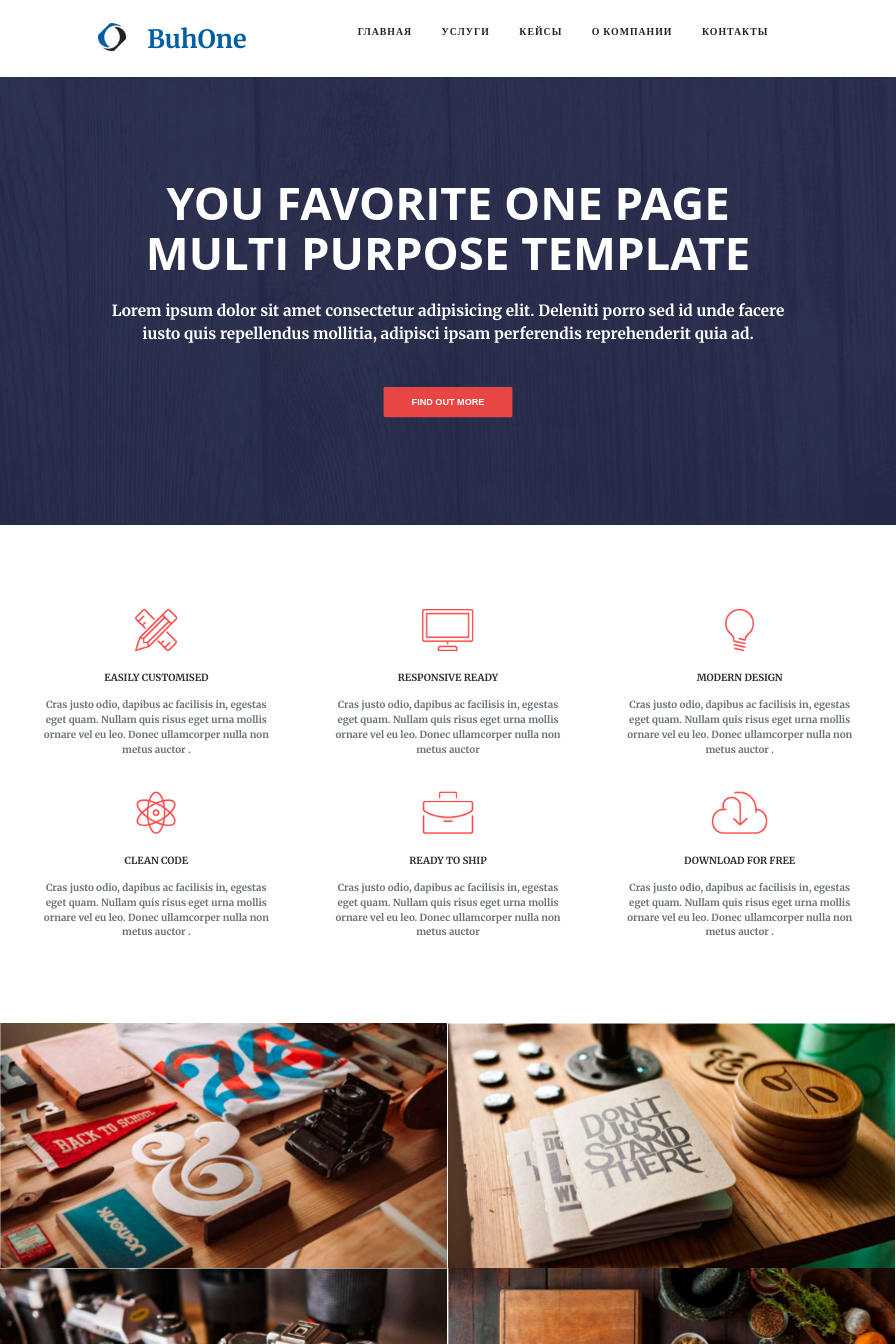
Repository: ZetsubouBilly/test
Page: index.html
The author's editor kept a copy of each file at every save. The page is drawn from the files as they stood at one save, then again after a run of saves.
The browser window is 1280 px wide. The pictures show the part of the page from y = 0 to 1920 px (the page is 4929 px tall), at 70% of full size.

Above is the page before, as saved 2023-05-13 12:30:41.

### index.html
<!DOCTYPE html>
<html lang="ru">
<head>
    <meta charset="UTF-8">
    <meta name="viewport" content="width=device-width, initial-scale=1.0, minimum-scale=1.0, maximum-scale=1.0">  <link rel="preconnect" href="https://fonts.gstatic.com">
    <link rel="preconnect" href="https://fonts.googleapis.com">
    <link rel="preconnect" href="https://fonts.gstatic.com" crossorigin>
    <link href="https://fonts.googleapis.com/css2?family=Lato:wght@300;400&family=Merriweather:wght@700;900&display=swap" rel="stylesheet">
    <link rel="stylesheet" type="text/css" href="https://cdn.jsdelivr.net/npm/slick-carousel@1.8.1/slick/slick.css"/>
    <link rel="stylesheet" href="css/style.css">

   <meta name="description" content="Описание страницы">
   <meta name="google" content="notranslate" />
   <meta name="keywords" content="создаие сайтов, верстка сайтов" />

    <title>BuhOne</title>

    <script src="https://cdnjs.cloudflare.com/ajax/libs/jquery/3.5.1/jquery.min.js"></script>

</head>
<body>



<!-- Header -->

 <header class="header" id="header">

            <div class="header__inner">
                <div class="header__inner_l">
                    <div class="header__logo">
                        <img src="img/logo.png" alt="">
                        <p class="header__logo_name">BuhOne</p>
                    </div>
                </div>


                <nav class="nav" id="nav">
                    <a class="nav__link" href="#" data-scroll="#features">Главная</a>
                    <a class="nav__link" href="#" data-scroll="#works">Услуги</a>
                    <a class="nav__link" href="#" data-scroll="#team">Кейсы</a>
                    <a class="nav__link" href="#" data-scroll="#reviews">О компании</a>
                    <a class="nav__link" href="#" data-scroll="#download">Контакты</a>
                </nav>

                <button class="burger" type="button" id="navToggle">
                    <span class="burger__item">Menu</span>
                </button>

            </div>

 </header>


 <!-- Intro -->

<div class="intro" id="intro">
    <div class="container">
        <div class="intro__inner">
             <h1 class="intro__title">You Favorite One Page Multi Purpose Template</h1>
             <h2 class="intro__subtitle">Lorem ipsum dolor sit amet consectetur adipisicing elit.
                 Deleniti porro sed id unde facere iusto quis repellendus mollitia, adipisci ipsam
                 perferendis reprehenderit quia ad.</h2>
                 <a class="btn  btn--red" href="">Find Out More</a>
        </div>
    </div>
</div>



<!-- Features -->

<div class="container" id="features">
    <div class="features">
        <div class="features__item">
            <img class="features__icon" src="img/features/feature-1.png" alt="">
            <h4 class="features__title">Easily Customised</h4>
            <div class="features__text">Cras justo odio, dapibus ac facilisis in,
                 egestas eget quam. Nullam quis risus eget urna mollis ornare
                 vel eu leo.
                 Donec ullamcorper nulla non metus auctor .</div>
        </div>

        <div class="features__item">
            <img class="features__icon" src="img/features/feature-2.png" alt="">
            <h4 class="features__title">Responsive Ready</h4>
            <div class="features__text">Cras justo odio, dapibus ac facilisis in,
                 egestas eget quam. Nullam quis risus eget urna mollis ornare vel
                  eu leo.
                 Donec ullamcorper nulla non metus auctor </div>

        </div>


        <div class="features__item">
            <img class="features__icon" src="img/features/feature-3.png" alt="">
            <h4 class="features__title">Modern Design</h4>
            <div class="features__text">Cras justo odio, dapibus ac facilisis in,
                 egestas eget quam. Nullam quis risus eget urna mollis ornare
                 vel eu leo.
                 Donec ullamcorper nulla non metus auctor .</div>
        </div>

        <div class="features__item">
            <img class="features__icon" src="img/features/feature-4.png" alt="">
            <h4 class="features__title">Clean Code</h4>
            <div class="features__text">Cras justo odio, dapibus ac facilisis in,
                 egestas eget quam. Nullam quis risus eget urna mollis ornare
                 vel eu leo.
                 Donec ullamcorper nulla non metus auctor .</div>
        </div>

        <div class="features__item">
            <img class="features__icon" src="img/features/feature-5.png" alt="">
            <h4 class="features__title">Ready To Ship</h4>
            <div class="features__text">Cras justo odio, dapibus ac facilisis in,
                 egestas eget quam. Nullam quis risus eget urna mollis ornare vel
                  eu leo.
                 Donec ullamcorper nulla non metus auctor </div>

        </div>


        <div class="features__item">
            <img class="features__icon" src="img/features/feature-6.png" alt="">
            <h4 class="features__title">Download For Free</h4>
            <div class="features__text">Cras justo odio, dapibus ac facilisis in,
                 egestas eget quam. Nullam quis risus eget urna mollis ornare
                 vel eu leo.
                 Donec ullamcorper nulla non metus auctor .</div>
        </div>
    </div><!-- /Features -->
</div>  <!-- /container -->


<!-- Works -->

<div class="works" id="works">
    <div class="works__item">
        <img class="works__photo" src="img/works/work-1.jpg" alt="">
        <div class="works__content">
            <div class="works__title">Project Name</div>
            <div class="works__text">User Interface Design</div>
        </div>
    </div>

    <div class="works__item">
        <img class="works__photo" src="img/works/work-2.jpg" alt="">
        <div class="works__content">
            <div class="works__title">Project Name</div>
            <div class="works__text">User Interface Design</div>
        </div>
    </div>

    <div class="works__item">
        <img class="works__photo" src="img/works/work-3.jpg" alt="">
        <div class="works__content">
            <div class="works__title">Project Name</div>
            <div class="works__text">User Interface Design</div>
        </div>
    </div>

    <div class="works__item">
        <img class="works__photo" src="img/works/work-4.jpg" alt="">
        <div class="works__content">
            <div class="works__title">Project Name</div>
            <div class="works__text">User Interface Design</div>
        </div>
    </div>

    <div class="works__item">
        <img class="works__photo" src="img/works/work-5.jpg" alt="">
        <div class="works__content">
            <div class="works__title">Project Name</div>
            <div class="works__text">User Interface Design</div>
        </div>
    </div>

    <div class="works__item">
        <img class="works__photo" src="img/works/work-6.jpg" alt="">
        <div class="works__content">
            <div class="works__title">Project Name</div>
            <div class="works__text">User Interface Design</div>
        </div>
    </div>

    <div class="works__item">
        <img class="works__photo" src="img/works/work-7.jpg" alt="">
        <div class="works__content">
            <div class="works__title">Project Name</div>
            <div class="works__text">User Interface Design</div>
        </div>
    </div>

    <div class="works__item">
        <img class="works__photo" src="img/works/work-8.jpg" alt="">
        <div class="works__content">
            <div class="works__title">Project Name</div>
            <div class="works__text">User Interface Design</div>
        </div>
    </div>

</div> <!-- /works -->



<!-- Team -->
<div class="team" id="team">
    <div class="container">
        <div class="team__inner">

            <div class="team__item">
                <img class="team__photo" src="img/team/team-1.jpg" alt="">
                <div class="team__name">Ruth Woods</div>
                <div class="team__prof">Founder, CEO</div>
                <div class="team__text">
                    <p>Fusce dapibus, tellus ac cursus commodo, tortor mauris
                         condimentum nibh, ut fermentum massa justo sit amet risus.
                          Maecenas sed diam eget risus varius blandit sit amet non magna.
                         Nullam quis risus eget urna mollis ornare vel eu leo.</p>

                     <p>Fusce dapibus, tellus ac cursus commodo, tortor mauris
                            condimentum nibh, ut fermentum massa justo sit amet risus.
                             Maecenas sed diam eget risus varius blandit sit amet non magna.
                            Nullam quis risus eget urna mollis ornare vel eu leo.</p>
                </div>
                <div class="social">
                    <a class="social__item" href="" target="_blank">
                        <svg class="social__icon">
                            <use xlink:href="#facebook"></use>
                        </svg>
                    </a>

                    <a class="social__item" href="" target="_blank">
                        <svg class="social__icon">
                            <use xlink:href="#twitter"></use>
                        </svg>
                    </a>

                    <a class="social__item" href="" target="_blank">
                        <svg class="social__icon">
                            <use xlink:href="#linkedin"></use>
                        </svg>
                    </a>


                </div>
            </div>

            <div class="team__item">
                <img class="team__photo" src="img/team/team-2.jpg" alt="">
                <div class="team__name">Timothy Reed</div>
                <div class="team__prof">Co-Founder, Developer</div>
                <div class="team__text">
                    <p>Fusce dapibus, tellus ac cursus commodo, tortor mauris
                         condimentum nibh, ut fermentum massa justo sit amet risus.
                          Maecenas sed diam eget risus varius blandit sit amet non magna.
                         Nullam quis risus eget urna mollis ornare vel eu leo..</p>

                     <p>Fusce dapibus, tellus ac cursus commodo, tortor mauris
                            condimentum nibh, ut fermentum massa justo sit amet risus.
                             Maecenas sed diam eget risus varius blandit sit amet non magna.
                            Nullam quis risus eget urna mollis ornare vel eu leo.</p>
                </div>
                <div class="social">
                    <a class="social__item" href="" target="_blank">
                        <svg class="social__icon">
                            <use xlink:href="#facebook"></use>
                        </svg>
                    </a>

                    <a class="social__item" href="" target="_blank">
                        <svg class="social__icon">
                            <use xlink:href="#twitter"></use>
                        </svg>
                    </a>

                    <a class="social__item" href="" target="_blank">
                        <svg class="social__icon">
                            <use xlink:href="#linkedin"></use>
                        </svg>
                    </a>


                </div>
            </div>

            <div class="team__item">
                <img class="team__photo" src="img/team/team-3.jpg" alt="">
                <div class="team__name">Victoria Valdez</div>
                <div class="team__prof">UI Designer</div>
                <div class="team__text">
                    <p>Fusce dapibus, tellus ac cursus commodo, tortor mauris
                         condimentum nibh, ut fermentum massa justo sit amet risus.
                          Maecenas sed diam eget risus varius blandit sit amet non magna.
                         Nullam quis risus eget urna mollis ornare vel eu leo..</p>

                     <p>Fusce dapibus, tellus ac cursus commodo, tortor mauris
                            condimentum nibh, ut fermentum massa justo sit amet risus.
                             Maecenas sed diam eget risus varius blandit sit amet non magna.
                            Nullam quis risus eget urna mollis ornare vel eu leo.</p>
                </div>
                <div class="social">
                    <a class="social__item" href="" target="_blank">
                        <svg class="social__icon">
                            <use xlink:href="#facebook"></use>
                        </svg>
                    </a>

                    <a class="social__item" href="" target="_blank">
                        <svg class="social__icon">
                            <use xlink:href="#twitter"></use>
                        </svg>
                    </a>

                    <a class="social__item" href="" target="_blank">
                        <svg class="social__icon">
                            <use xlink:href="#linkedin"></use>
                        </svg>
                    </a>


                </div>
            </div>

            <div class="team__item">
                <img class="team__photo" src="img/team/team-4.jpg" alt="">
                <div class="team__name">Beverly Little</div>
                <div class="team__prof">Data Scientist</div>
                <div class="team__text">
                    <p>Fusce dapibus, tellus ac cursus commodo, tortor mauris
                         condimentum nibh, ut fermentum massa justo sit amet risus.
                          Maecenas sed diam eget risus varius blandit sit amet non magna.
                         Nullam quis risus eget urna mollis ornare vel eu leo..</p>

                     <p>Fusce dapibus, tellus ac cursus commodo, tortor mauris
                            condimentum nibh, ut fermentum massa justo sit amet risus.
                             Maecenas sed diam eget risus varius blandit sit amet non magna.
                            Nullam quis risus eget urna mollis ornare vel eu leo.</p>
                </div>
                <div class="social">
                    <a class="social__item" href="" target="_blank">
                        <svg class="social__icon">
                            <use xlink:href="#facebook"></use>
                        </svg>
                    </a>

                    <a class="social__item" href="" target="_blank">
                        <svg class="social__icon">
                            <use xlink:href="#twitter"></use>
                        </svg>
                    </a>

                    <a class="social__item" href="" target="_blank">
                        <svg class="social__icon">
                            <use xlink:href="#linkedin"></use>
                        </svg>
                    </a>


                </div>
            </div>

        </div><!-- /team__inner -->
    </div><!-- /container -->
</div><!-- /team -->


<!-- Testimonials -->

<div class="reviews" id="reviews">
    <div class="container">

        <div class="reviews__slider" id="reviewsSlider">
            <div class="slick-item">
             <div class="reviews__item">
                 <div class="reviews__photo">
                     <img class="reviews__img" src="img/reviews/review-1.jpg" alt="">
                 </div>
                 <div class="reviews__content">
                        <div class="reviews__text">“Integer posuere erat a ante venenatis dapibus posuere velit aliquet. Donec sed odio dui. Aenean eu leo quam...”</div>
                       <div class="reviews__author">Susan Sims, Interaction Designer at XYZ</div>
                 </div>
                </div>
            </div>

                <div class="slick-item">
                <div class="reviews__item">
                    <div class="reviews__photo">
                        <img class="reviews__img" src="img/reviews/review-1.jpg" alt="">
                    </div>
                    <div class="reviews__content">
                           <div class="reviews__text">"Lorem ipsum dolor sit amet consectetur, adipisicing elit. Maiores, tempore velit, debitis quasi doloribus vero natus sint ratione temporibus fugiat voluptatum nesciunt modi. Adipisci aliquid voluptatem magni laborum, facilis nisi".</div>
                          <div class="reviews__author">Susan Sims, Interaction Designer at XYZ</div>
                    </div>
                   </div>
                </div>
            </div>
        </div>

    </div>
</div> <!-- /reviews -->




<!-- Download -->

<div class="download" id="download">
    <div class="container">
        <h3 class="download__title">Are You Ready to Start? Download Now For Free!</h3>
        <div class="download__text"><p>Fusce dapibus, tellus ac cursus commodo</p>
        </div>
        <a class="btn  btn--red  btn--long" href="">Download Here</a>
    </div>
</div>


<!-- Footer -->


<footer class="footer">
    <div class="container">

        <div class="footer__inner">
            <div class="footer__block">
                <h4 class="footer__title">Location</h4>
                <address class="footer__adress"><div>3481 Melrose Place</div>
                    <div>Beverly Hills, CA 90210</div>
                </address>
            </div>

            <div class="footer__block">
                <h4 class="footer__title">Share with Love</h4>
                <div class="social  social--footer">
                    <a class="social__item" href="" target="_blank">
                        <svg class="social__icon">
                            <use xlink:href="#facebook"></use>
                        </svg>
                    </a>

                    <a class="social__item" href="" target="_blank">
                        <svg class="social__icon">
                            <use xlink:href="#twitter"></use>
                        </svg>
                    </a>

                    <a class="social__item" href="" target="_blank">
                        <svg class="social__icon">
                            <use xlink:href="#linkedin"></use>
                        </svg>
                    </a>


                </div>
            </div> <!-- /footer__block__social -->

            <div class="footer__block">
                <h4 class="footer__title">About ActiveBox</h4>
                <div class="footer__text"><p>Cras justo odio, dapibus ac facilisis in, egestas eget quam. Donec ullamcorper nulla non metus auctor fringilla.</p></div>
            </div>

        </div> <!-- /footer__inner -->

    </div> <!-- /container -->

    <div class="copyright">
        <div class="container">
          <div class="copyright__text"><div>Copyright © 2015 ActiveBox. All Rights Reserved</div>
           <div>Made  <span>by Kamal Chaneman</span></div>
        </div>
    </div>
</div>
</footer>


<!-- Javascript -->
<script  src="https://cdn.jsdelivr.net/npm/slick-carousel@1.8.1/slick/slick.min.js"></script>
<script src="js/app.js"></script>


</body>
</html>

Loaded but not shown: js/app.js (82 lines, source omitted); css/style.css (802 lines, source omitted)

After the next 2 saves:
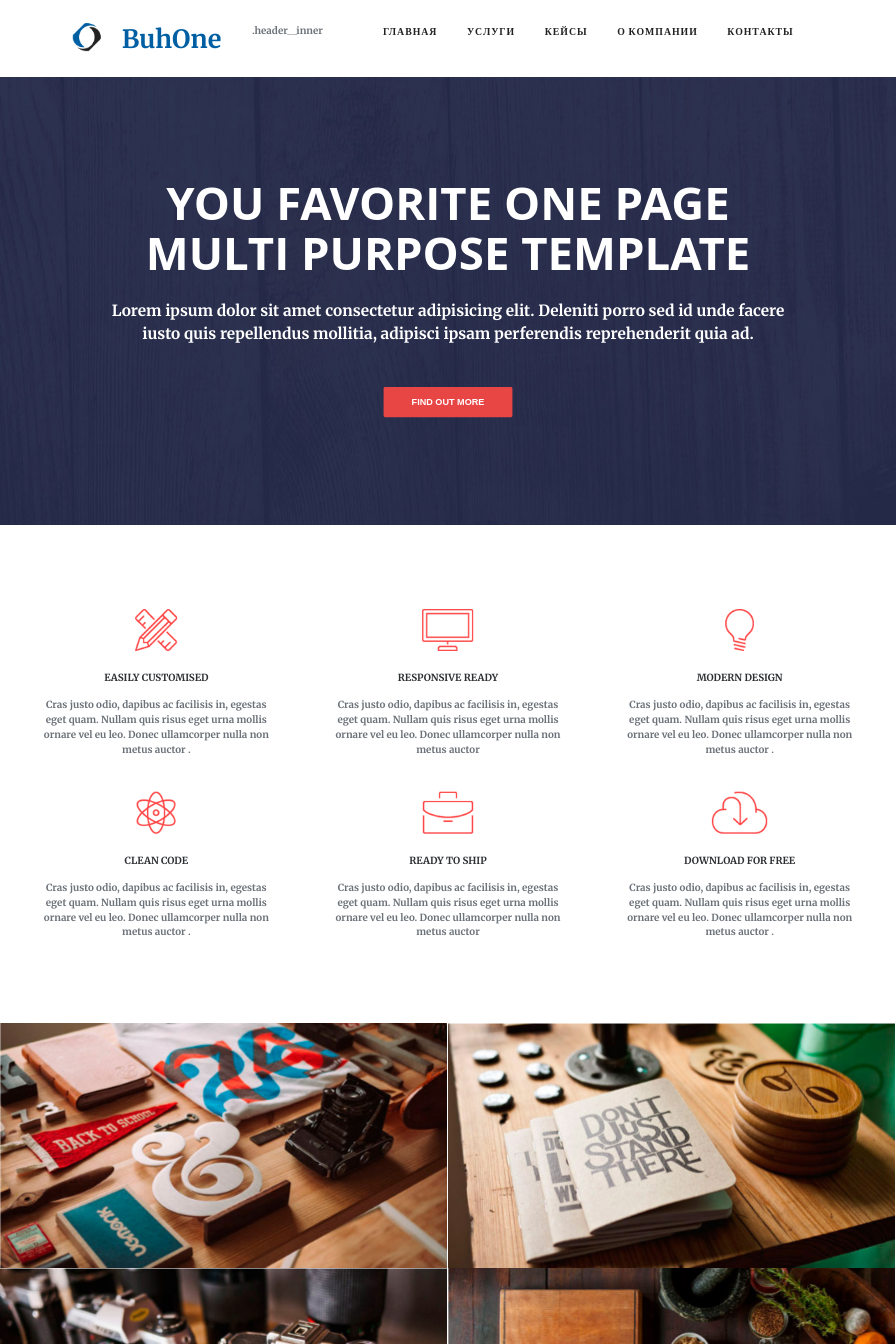
The 2 saves are shown as one change because they came seconds apart.
The last was saved 11 s later.
--- a/index.html
+++ b/index.html
@@ -33,6 +33,7 @@
                         <p class="header__logo_name">BuhOne</p>
                     </div>
                 </div>
+                .header__inner
 
 
                 <nav class="nav" id="nav">
